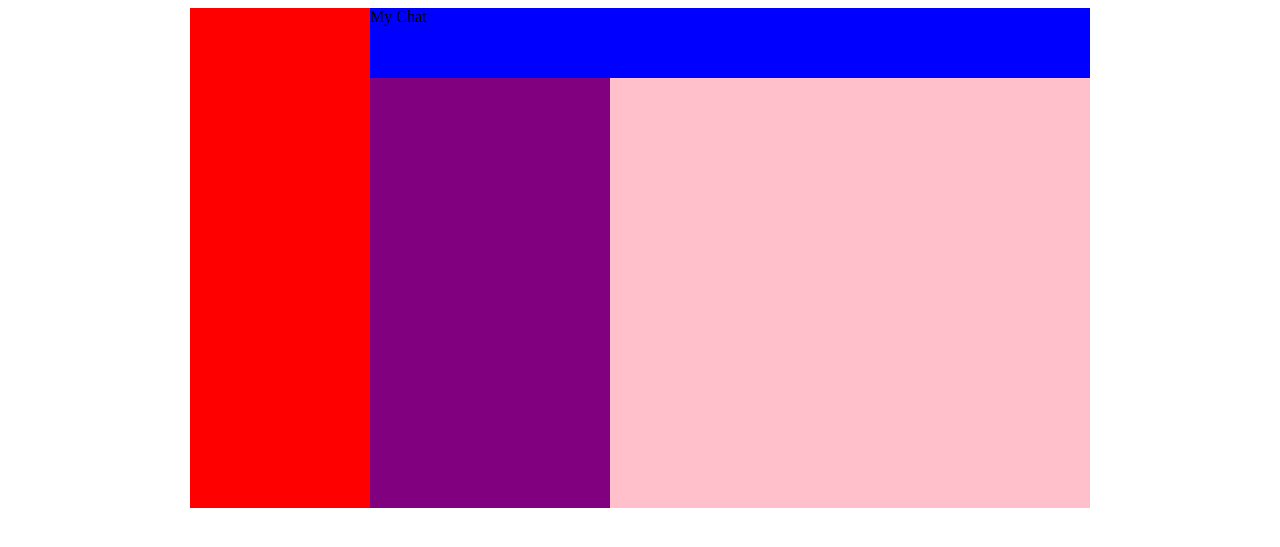
Repository: chathura226/SeekWork_Group_Project_I
Page: http://localhost/
The author's editor kept a copy of each file at every save. The page is drawn from the files as they stood at one save, then again after the next save.
The browser window is 1280 px wide. The pictures show the whole page.
The page is run by PHP 8.4 with error messages shown; the project is at /var/www/html/.

Above is the page before, as saved 2023-12-01 16:18:15.

After the next save:
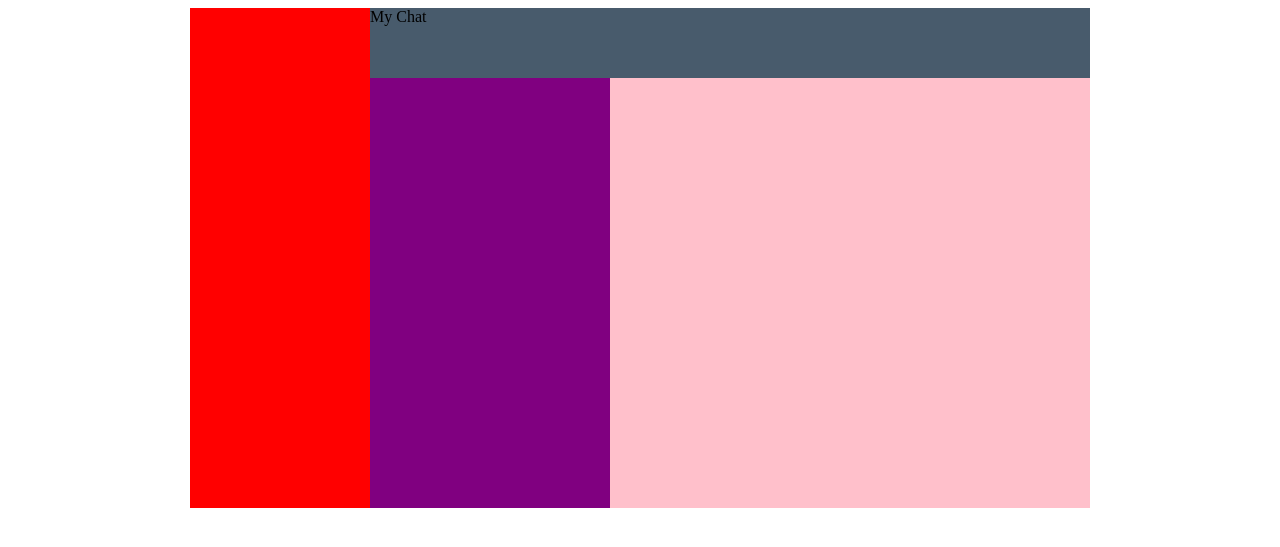
Saved 4 min 50 s later.
--- a/chat/index.php
+++ b/chat/index.php
@@ -31,7 +31,7 @@
         }
 
         #header{
-            background-color: blue;
+            background-color: #485b6c;
             height: 70px;
 
         }
